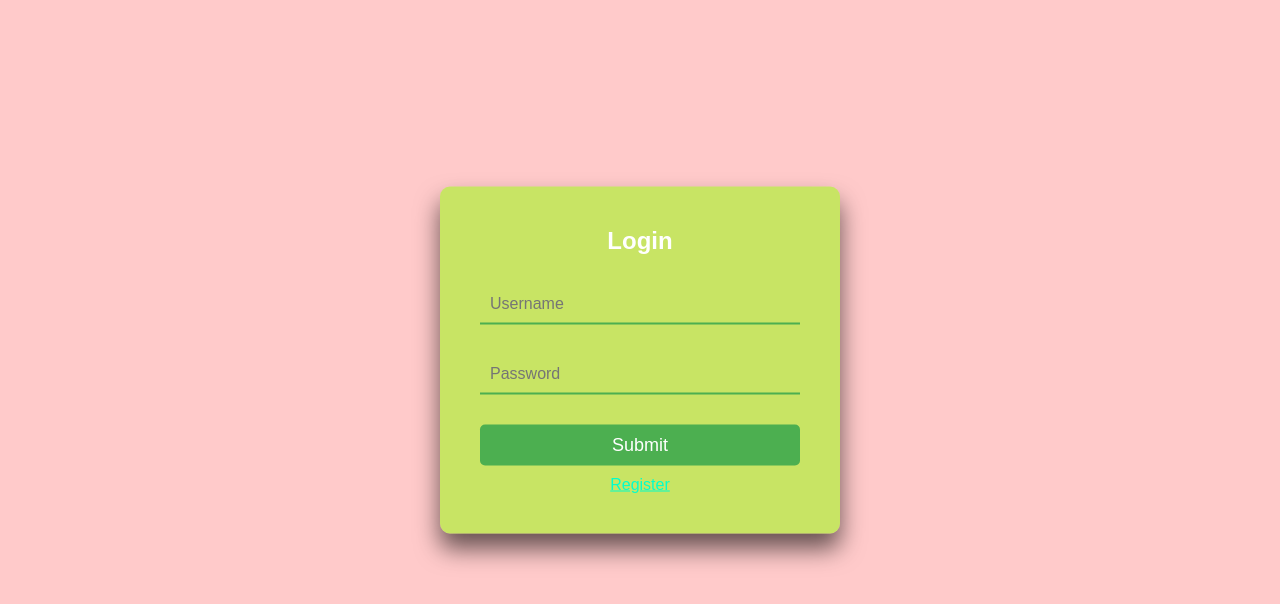
Repository: SRBshakib/Safe-Food---DBMS-project
Page: Organaization/login.html
The author's editor kept a copy of each file at every save. The page is drawn from the files as they stood at one save, then again after the next save.
The browser window is 1280 px wide. The pictures show the whole page.

Above is the page before, as saved 2024-11-10 21:54:10.

After the next save:
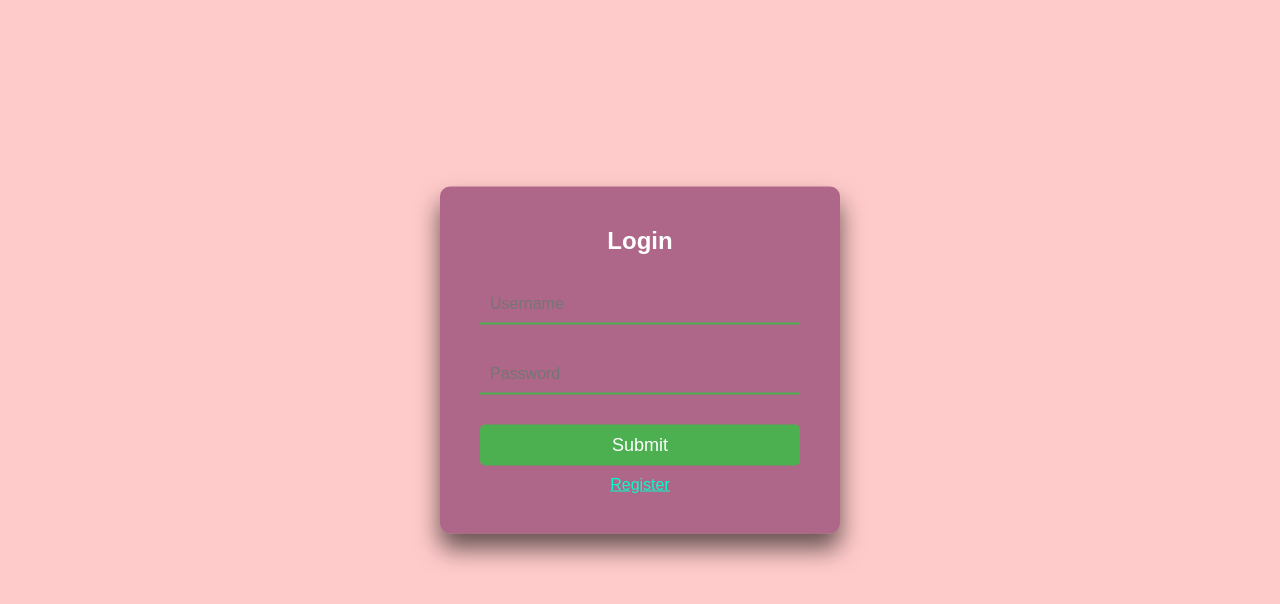
Saved 31 s later.
--- a/Organaization/style_login.css
+++ b/Organaization/style_login.css
@@ -23,7 +23,7 @@ body {
     width: 400px;
     padding: 40px;
     transform: translate(-50%, -50%);
-    background: rgba(145, 255, 0, 0.5);
+    background: rgba(94, 7, 72, 0.5);
     box-shadow: 0 15px 25px rgba(0, 0, 0, 0.6);
     border-radius: 10px;
     text-align: center;
